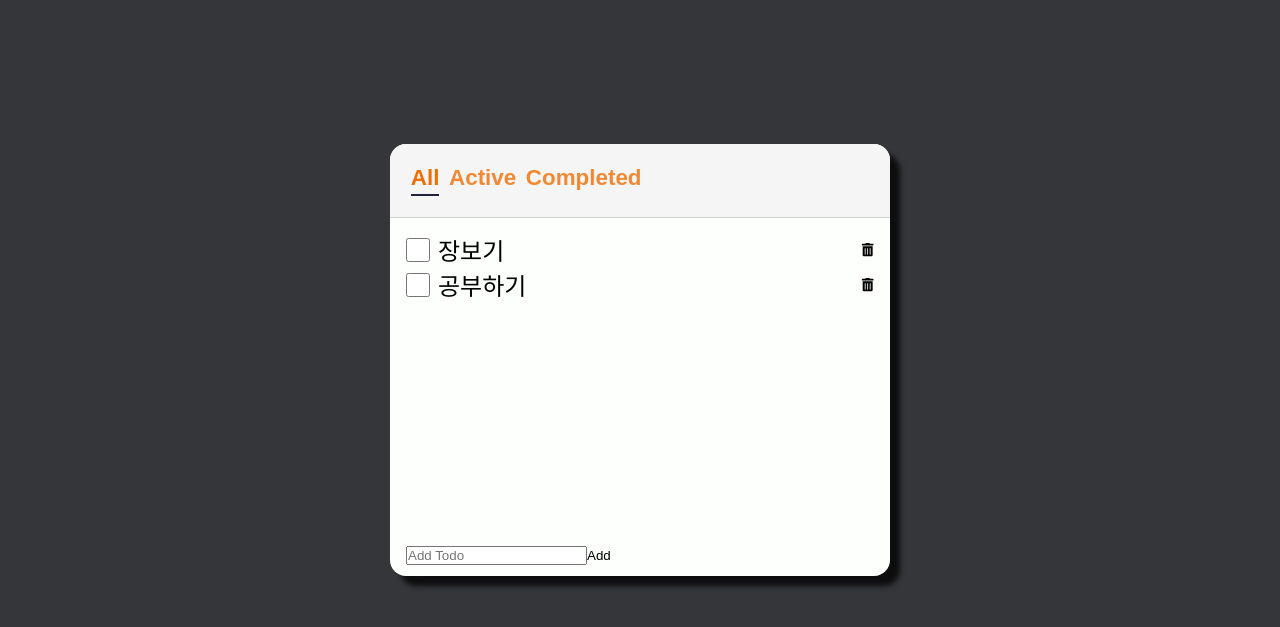
Repository: MrJinkyu/TodoList
Page: /
An editor plug-in stored every save of this project. The page is shown before and after the next save, followed by the edit.
The browser window is 1280 px wide. The pictures show the whole page.
The project was rebuilt for these pictures with package versions that can differ from the ones it lists, and the page was loaded fresh each time.

Above is the page before, as saved 2023-05-01 14:49:18.

### src/index.css
:root{
  --color-body: #35363A;
  --color-bg-dark:#f5f5f5;
  --color-bg: #fdfffd;
  --color-grey: #d1d1d1;
  --color-text: #22243b;
  --color-accent: #f16e03;
  --color-white: white;
  --color-scrollbar: #aaa7a7;
}

*{
  box-sizing: border-box;
  padding: 0;
  margin: 0;
}

button{
  border: none;
  outline: none;
  cursor: pointer;
  background-color: transparent;
}

ul,li{
  list-style: none;
}

body {
  margin: 0;
  font-family: -apple-system, BlinkMacSystemFont, 'Segoe UI', 'Roboto', 'Oxygen',
    'Ubuntu', 'Cantarell', 'Fira Sans', 'Droid Sans', 'Helvetica Neue',
    sans-serif;
  -webkit-font-smoothing: antialiased;
  -moz-osx-font-smoothing: grayscale;
  width: 100vw;
  height: 100vh;
  display: flex;
  justify-content: center;
  align-items: center;
  background-color: var(--color-body);
  font-size: 1.2rem;
  accent-color: var(--color-accent);
}

#root{
  overflow: hidden;
  display: flex;
  flex-direction: column;
  width: 100%;
  height: 60%;
  max-width: 500px;
  background-color: var(--color-bg);
  border-radius: 1rem;
  box-shadow: 10px 10px 5px 0px rgba(0,0,0,0.75);
-webkit-box-shadow: 10px 10px 5px 0px rgba(0,0,0,0.75);
-moz-box-shadow: 10px 10px 5px 0px rgba(0,0,0,0.75);
}

code {
  font-family: source-code-pro, Menlo, Monaco, Consolas, 'Courier New',
    monospace;
}

### src/App.js
import { useState } from "react";
import TodoList from "./components/TodoList";
import Header from "./components/Header";

const filters = ['all', 'active', 'completed'];
function App() {
  const [filter, setFilter] = useState(filters[0]);
  return (
    <>
      <Header filters={filters} filter={filter} onFilterChange={setFilter}/>
      <TodoList filter={filter}/>
    </>
  );
}

export default App;

### src/components/TodoList.jsx
import React, { useState } from 'react';
import {v4 as uuidv4} from 'uuid';
import AddTodo from './AddTodo';
import Todo from './Todo';
import styles from './TodoList.module.css';

export default function TodoList({filter}) {
    const [todos, setTodos] = useState([
        { id: uuidv4(), text: '장보기', status: 'active' },
        { id: uuidv4(), text: '공부하기', status: 'active' }
    ]);
    const handleAdd = (todo) => {
        setTodos([...todos, todo]);
    }
    const handleUpdate = (updated) => {
        setTodos(todos.map((todo) => todo.id === updated.id ? updated : todo));
    }
    const handleDelete = (deleted) => {
        setTodos(todos.filter((todo) => todo.id !== deleted.id));
    }
    const filtered = getFilteredItems(todos, filter);
    return (
        <section className={styles.container}>
            <ul className={styles.list}>
                {filtered.map((item) => (
                    <Todo
                        key={item.id}
                        todo={item}
                        onUpdate={handleUpdate}
                        onDelete={handleDelete}
                    />
                ))}
            </ul>
            <AddTodo onAdd={handleAdd}/>
        </section>
    );
}

function getFilteredItems(todos, filter){
    if(filter === 'all'){
        return todos;
    }
    return todos.filter((todo) => todo.status === filter);
}

### src/components/Header.jsx
import React from 'react';
import styles from './Header.module.css';

export default function Header({filters, filter, onFilterChange}) {
    return (
        <header className={styles.header}>
            <ul className={styles.filters}>
                {filters.map((value,index) => (
                    <li key={index}>
                        <button
                            onClick={() => onFilterChange(value)}
                            className={`${styles.filter} ${filter === value && styles.selected}`}
                        >
                            {value}
                        </button>
                    </li>
                ))}
            </ul>
        </header>
    );
}

### src/components/AddTodo.jsx
import React, { useState } from 'react';
import {v4 as uuidv4} from 'uuid';

export default function AddTodo({onAdd}) {
    const [text, setText] = useState('');
    const handleChange = (e) => {
        setText(e.target.value);
    }
    const handleSubmit = (e) => {
        e.preventDefault();
        if(text.trim().length === 0){
            return ;
        }
        onAdd({ id: uuidv4(), text, status: 'active' });
        setText('');
    }
    return (
        <form onSubmit={handleSubmit}>
            <input
                type="text"
                value={text}
                onChange={handleChange}
                placeholder='Add Todo'
            />
            <button>Add</button>
        </form>
    );
}

### src/components/Todo.jsx
import React from 'react';
import { FaTrashAlt } from 'react-icons/fa';
import styles from './Todo.module.css';

export default function Todo({todo, onUpdate, onDelete}) {
    const { id, text, status } = todo;
    const handleChange = (e) => {
        const status = e.target.checked ? 'completed' : 'active';
        onUpdate({...todo, status});
    }
    return (
        <li className={styles.todo}>
            <input
                className={styles.checkbox}
                type="checkbox"
                name="checkbox"
                id={id}
                checked={status === 'completed'}
                onChange={handleChange}
            />
            <label className={styles.text} htmlFor={id}>{text}</label>
            <span>
                <button className={styles.button} onClick={() => onDelete(todo)}>
                    <FaTrashAlt/>
                </button>
            </span>
        </li>
    );
}

### src/components/TodoList.module.css
.container{
    height: 100%;
    display: flex;
    flex-direction: column;
    padding: 0.7rem 1rem;
    margin-top: 0.2rem;
}

.list{
    flex: 1 1 auto;
}

### src/components/Header.module.css
.header{
    background-color: var(--color-bg-dark);
    display: flex;
    justify-content: space-between;
    align-items: center;
    padding: 1rem;
    border-bottom: 1px solid var(--color-grey);
}

.filters{
    display: flex;
}

.filter{
    margin: 0.3rem;
    font-size: 1.4rem;
    color: var(--color-accent);
    font-weight: bold;
    opacity: 0.8;
    text-transform: capitalize;
}

.filter:hover,
.filter.selected{
    opacity: 1;
}

.filter.selected::after{
    content: '';
    display: block;
    margin-top: 0.2rem;
    border: 1px solid var(--color-text);
}

### src/components/Todo.module.css
.todo{
    display: flex;
    justify-content: space-between;
    align-items: center;
}

.checkbox{
    width: 1.5rem;
    height: 1.5rem;
}

.text{
    flex: 1 1 0%;
    margin-left: 0.5rem;
    font-size: 1.5rem;
}

.button{

}

Loaded but not shown: public/index.html (common file); src/index.js (common file); src/reportWebVitals.js (common file)

After the next save:
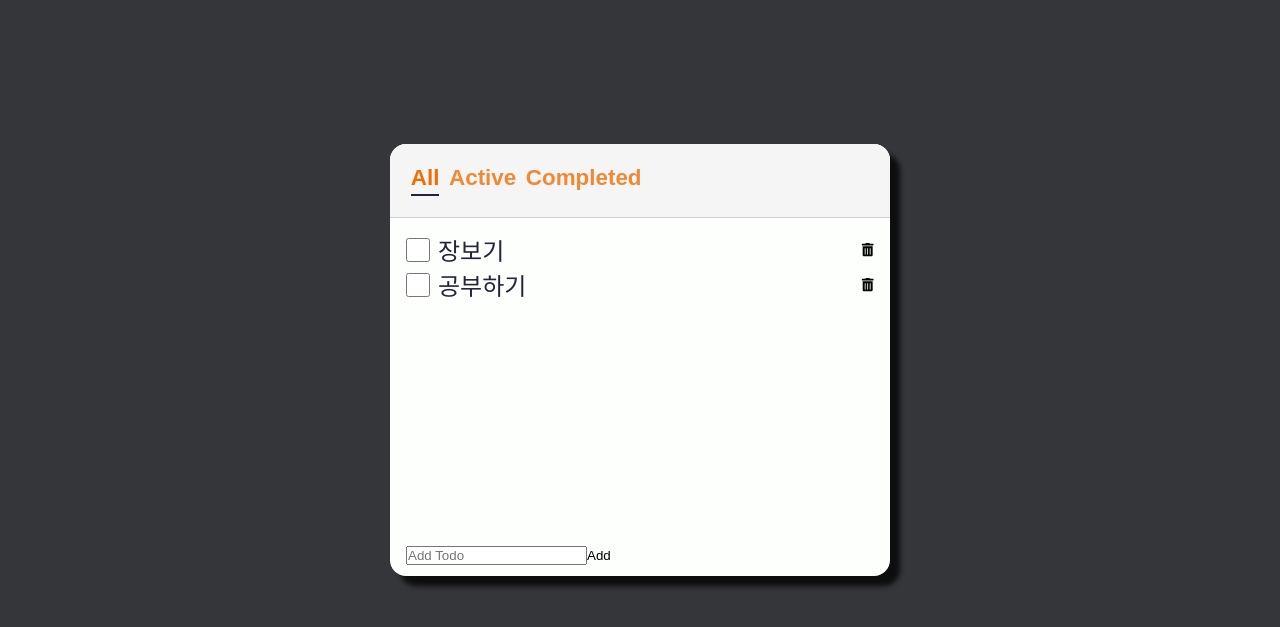
Saved 11 s later.
--- a/src/components/Todo.module.css
+++ b/src/components/Todo.module.css
@@ -13,6 +13,7 @@
     flex: 1 1 0%;
     margin-left: 0.5rem;
     font-size: 1.5rem;
+    color: var(--color-text);
 }
 
 .button{
